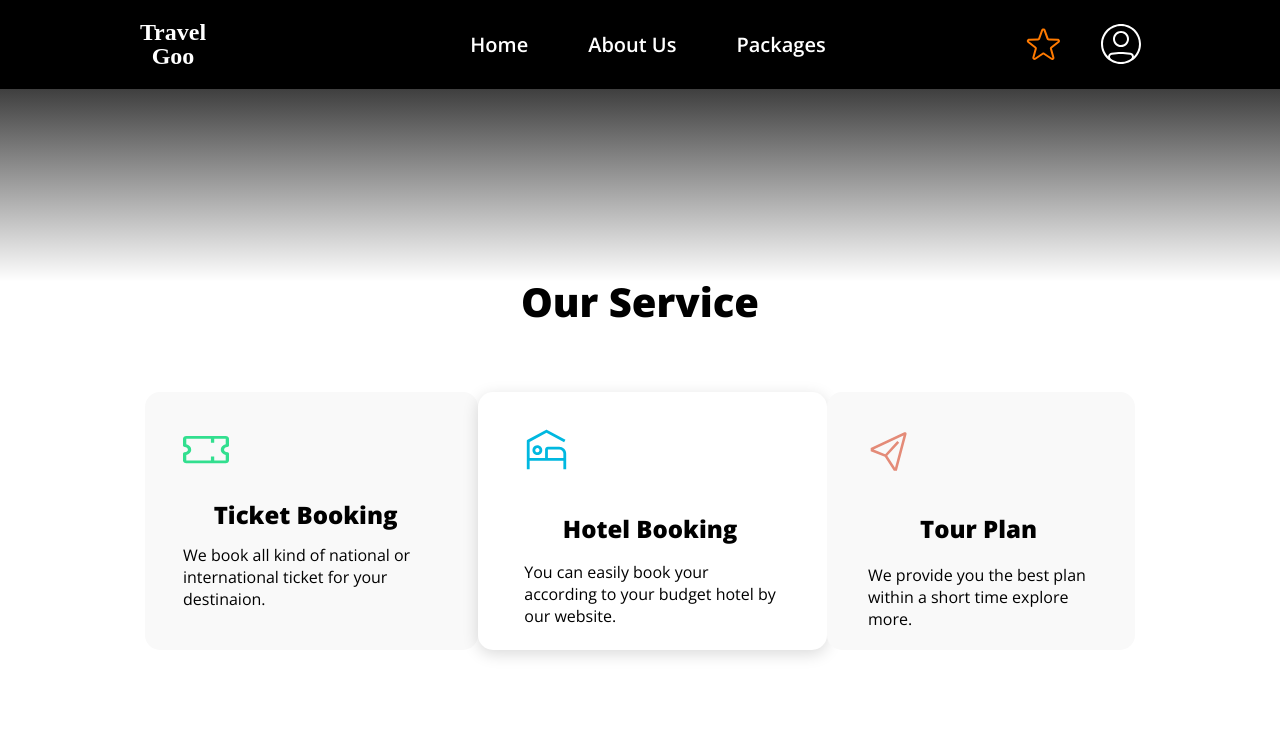
Repository: simralgasimov/back-project
Page: index.html
An editor plug-in stored every save of this project. The page is shown before and after the next save, followed by the edit.
The browser window is 1280 px wide. The pictures show the whole page.
Some web fonts or font styles are not loaded; a fallback is used.

Above is the page before, as saved 2023-09-27 13:37:01.

After the next save:
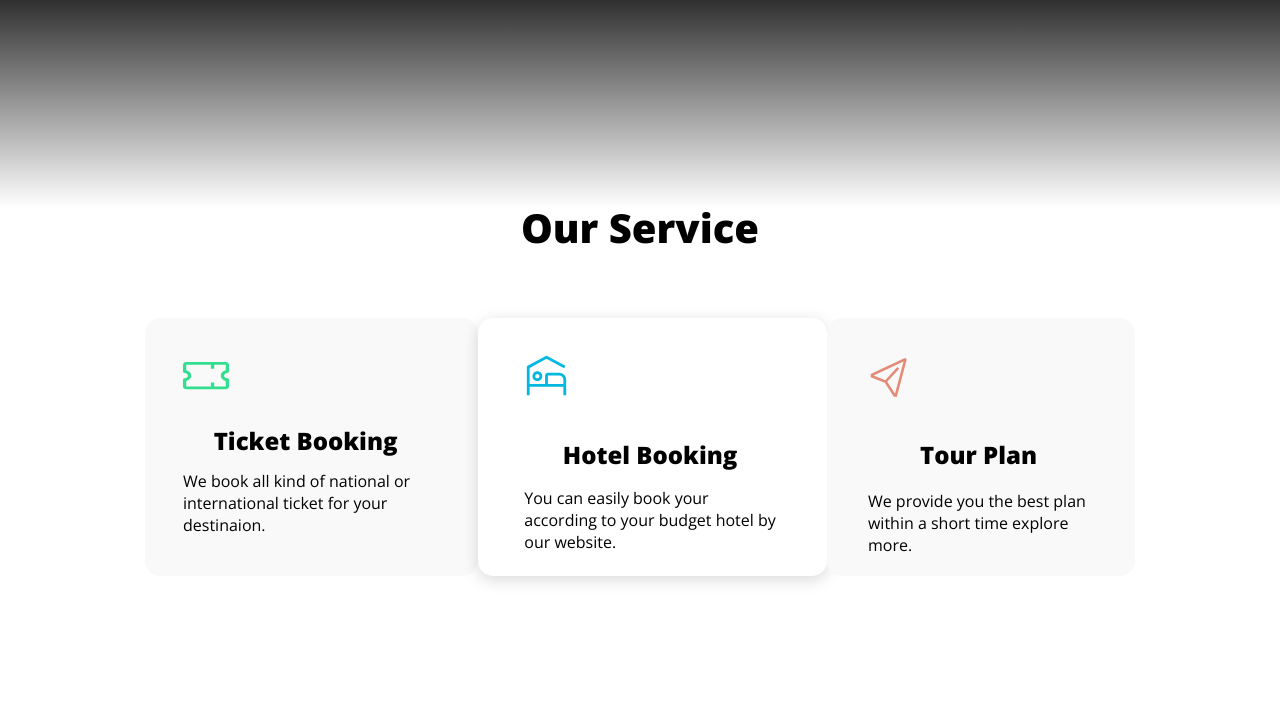
Saved 8 s later.
--- a/index.html
+++ b/index.html
@@ -8,45 +8,6 @@
   </head>
   <body>
     <div class="container">
-      <div class="navbar">
-        <div class="logo">
-          Travel
-          <div>Goo</div>
-        </div>
-        <div class="menu">
-          <ul>
-            <li>Home</li>
-            <li>About Us</li>
-            <li>Packages</li>
-          </ul>
-        </div>
-        <div class="icon">
-            <img src="./clarity_favorite-line.svg" alt="" />
-            <img src="./healthicons_ui-user-profile-outline.svg" alt="" />
-        </div>
-      </div>
-      <main>
-        <!-- <div class="box">
-          <h1>Your Imagination Is Your Only Limit</h1>
-        </div>
-
-        <div class="text-box">
-          <p>
-            We always try to make our customer Happy. We provide all kind of
-            facilities. Your Satisfaction is our main priority
-          </p>
-        </div>
-
-        <div class="button"><a href="#">Discover more</a></div> -->
-
-        <h1>Your Imagination Is Your Only Limit</h1>
-        <p>
-          We always try to make our customer Happy. We provide all kind of
-          facilities. Your Satisfaction is our main priority
-        </p>
-        <button>
-          <a href="#">Discover more</a>        </button>
-        </main>
 
 
     <div class="container-2">
